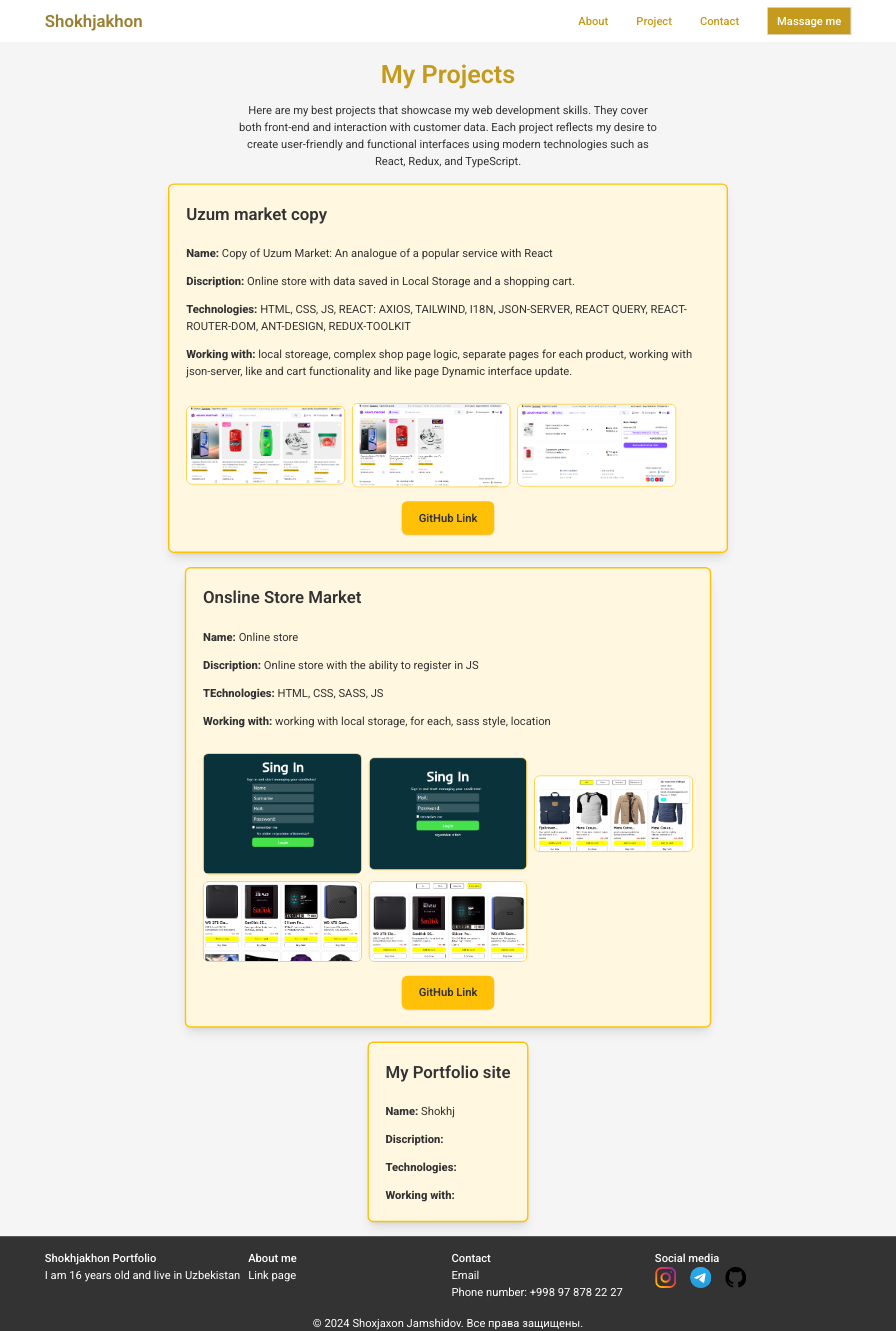
Repository: usershoh/My-Portfolio
Page: /project
An editor plug-in stored every save of this project. The page is shown before and after the next save, followed by the edit.
The browser window is 1280 px wide. The pictures show the whole page, at 70% of full size.
The project was rebuilt for these pictures with package versions that can differ from the ones it lists, and the page was loaded fresh each time. Also part of the build but not shown: vite.config.js, src/pages/blog/index.jsx, src/components/contact/title/index.jsx, src/components/contact/details/index.jsx, src/components/contact/location/index.jsx, src/components/contact/cta/index.jsx, src/pages/contact/index.jsx, src/components/home/hero/index.jsx and 11 more.

Above is the page before, as saved 2024-12-09 13:44:10.

### index.html
<!doctype html>
<html lang="en">
  <head>
    <meta charset="UTF-8" />
    <link rel="icon" type="image/svg+xml" href="/src/assets/img/photo_2024-05-25_15-15-50-round.png" />
    <meta name="viewport" content="width=device-width, initial-scale=1.0" />
    <title>Shokhjakhon</title>
  </head>
  <body>
    <div id="root"></div>
    <script type="module" src="/src/main.jsx"></script>
  </body>
</html>

### src/main.jsx
import { createRoot } from "react-dom/client";
import "./index.css";
import Root from "./root/root";
import ProviderConfig from "./tools/provider";

createRoot(document.getElementById("root")).render(
  <ProviderConfig>
    <Root />
  </ProviderConfig>
);

### src/index.css
@import url(https://fonts.googleapis.com/css2?family=Roboto:wght@100;200;300;400;500;600;800;900&display=swap);

@tailwind base;
@tailwind components;
@tailwind utilities;

* {
  padding: 0;
  margin: 0;
  box-sizing: border-box;
  font-family: 'Roboto', sans-serif;
}

html, body {
  height: 100%;
  margin: 0;
}

### src/root/root.jsx
import React from "react";
import Header from "../components/header";
import { Route, Routes } from "react-router-dom";
import BlogPage from "../pages/blog";
import ProjectPage from "../pages/project";
import ContactPage from "../pages/contact";
import HomePage from "../pages/home";
import AboutPage from "../pages/about";
import Footer from "../components/footer";

const Root = () => {
  return (
    <div className="bg-backround">
      <Header />
      <Routes>
        <Route path="/" element={<HomePage />} />
        <Route path="/about" element={<AboutPage />} />
        <Route path="/project" element={<ProjectPage />} />
        <Route path="/contact" element={<ContactPage />} />
        <Route path="/blog" element={<BlogPage />} />
      </Routes>
      <Footer />
    </div>
  );
};

export default Root;

### src/tools/provider/index.jsx
import React, { StrictMode } from "react";
import { BrowserRouter } from "react-router-dom";

const ProviderConfig = ({ children }) => {
  return (
    <div>
      <StrictMode>
        <BrowserRouter>{children}</BrowserRouter>
      </StrictMode>
    </div>
  );
};

export default ProviderConfig;

### src/components/header/index.jsx
import React, { useState } from "react";
import { Link, useNavigate } from "react-router-dom";

const Header = () => {
  const navigate = useNavigate();

  const [isOpenMenu, setIsOpentMenu] = useState(false);
  const toggleMenu = () => {
    setIsOpentMenu(!isOpenMenu);
  };

  // const navigateGmail = () => {
  //   window.location.href = "mailto:bumsakalaka66@gmail.com";
  // };
  const openTelegram = () => {
    window.open("https://t.me/usershox", "_blank");
  };

  return (
    <div className="px-[5%] py-[10px] flex items-center justify-between bg-white">
      <Link to={"/"}>
        <h1 className="text-[24px] text-[#997f31] font-[600]">Shokhjakhon</h1>
      </Link>
      <div className="hidden md:flex items-center gap-[40px] text-[16px] text-gold font-[500]">
        <button className="hover:text-hover" onClick={() => navigate("/about")}>
          About
        </button>
        <button
          className="hover:text-hover"
          onClick={() => navigate("/project")}
        >
          Project
        </button>
        <button
          className="hover:text-hover"
          onClick={() => navigate("/contact")}
        >
          Contact
        </button>
        {/* <button className="hover:text-hover" onClick={() => navigate("/blog")}>
          Blog
        </button> */}

        <button onClick={openTelegram} className="border w-[120px] h-[40px] bg-gold text-white text-[16px] hover:bg-hover">
          Massage me
        </button>
      </div>

      <button onClick={toggleMenu} className="md:hidden focus:outline-none">
        <svg
          className="w-6 h-6"
          fill="none"
          stroke="currentColor"
          viewBox="0 0 24 24"
        >
          <path
            strokeLinecap="round"
            strokeLinejoin="round"
            strokeWidth="2"
            d="M4 6h16M4 12h16m-7 6h7"
          ></path>
        </svg>
      </button>

      {isOpenMenu && (
        <div className="absolute top-[60px] right-[10px] w-[260px] h-[200px] grid gap-[5px] rounded-[10px] p-4 md:hidden bg-white">
          <button onClick={() => navigate("/about")}>About</button>
          <button onClick={() => navigate("/project")}>Project</button>
          <button onClick={() => navigate("/contact")}>Contact</button>
          <button onClick={() => navigate("/blog")}>Blog</button>
          <button className="border w-[100%] h-[40px] bg-gold text-white text-[16px]">
            Here me
          </button>
        </div>
      )}
    </div>
  );
};

export default Header;

### src/pages/project/index.jsx
import React from "react";
import UzumMarketProject from "../../components/project/uzum-market";
import OnlineStoreProject from "../../components/project/online-store";
import Title from "../../components/project/title";
import PortfolioProject from "../../components/project/portfolio";

const ProjectPage = () => {
  return (
    <div className="px-[5%] pt-[20px] gap-[20px] flex flex-col min-h-[71vh]">
      <Title />
      <UzumMarketProject />
      <OnlineStoreProject />
      <PortfolioProject />
    </div>
  );
};

export default ProjectPage;

### src/components/footer/index.jsx
import React from "react";
import { useNavigate } from "react-router-dom";
import instagramLogo from "../../assets/icon/instagram.svg";
import telegramLogo from "../../assets/icon/telegram.svg";
import githubLogo from "../../assets/icon/github.svg";

const Footer = () => {
  const navigate = useNavigate();
  return (
    <footer className="bg-dark mt-[20px] pl-[5%] pr-[5%]">
      <div className="grid gap-[10px] text-white pt-[20px] pb-[20px] grid-cols-2 md:grid-cols-4 max-[480px]:grid-cols-1">
        {/* <button className="text-[18px] pb-[5px]">Pages</button>
        <button className="text-[16px]" onClick={() => navigate("/")}>
          Home
        </button>
        <button className="text-[16px]" onClick={() => navigate("/about")}>
          About
        </button>
        <button className="text-[16px]" onClick={() => navigate("/project")}>
          Project
        </button>
        <button className="text-[16px]" onClick={() => navigate("/contact")}>
          Contact
        </button>
        <button className="text-[16px]" onClick={() => navigate("/blog")}>
          Blog
        </button> */}
        <div>
          <h2 className="font-[500]">Shokhjakhon Portfolio</h2>
          <p>I am 16 years old and live in Uzbekistan</p>
        </div>

        <div>
          <h2 className="font-[500]">About me</h2>
          <button onClick={() => navigate("/about")}>Link page</button>
        </div>

        <div>
          <h2 className="font-[500]">Contact</h2>
          <a href="email:bumsakalaka66@gmail.com">Email</a>
          <p>Phone number: +998 97 878 22 27</p>
        </div>

        <div>
          <h2 className="font-[500]">Social media</h2>
          <div className="w-[130px] flex items-center justify-between">
            <a href="https://www.instagram.com/shohjahon_777.official/">
              <img className="w-[30px] h-[30px]" src={instagramLogo} alt="" />
            </a>
            <a href="https://t.me/usershox">
              <img className="w-[30px] h-[30px]" src={telegramLogo} alt="" />
            </a>
            <a href="https://github.com/usershoh">
              <img className="w-[30px] h-[30px]" src={githubLogo} alt="" />
            </a>
          </div>
        </div>
      </div>
      <div className="bg-dark text-white text-center">
        © 2024 Shoxjaxon Jamshidov. Все права защищены.
      </div>
    </footer>
  );
};

export default Footer;

### src/components/project/uzum-market/index.jsx
import React from "react";
import uzumImg1 from "../../../assets/img/uzum-img1.png";
import uzumImg2 from "../../../assets/img/uzum-img2.png";
import uzumImg3 from "../../../assets/img/uzum-img3.png";

const UzumMarketProject = () => {
  return (
    <div className="border-[2px] p-6 border-[#FFC107] bg-[#FFF7E0] shadow-lg max-w-[800px] mx-auto rounded-lg grid gap-[10px]">
      <h1 className="text-[24px] text-dark font-semibold mb-4">Uzum market copy</h1>
      <div className="grid gap-4">
        <p className="text-[16px] text-dark">
          <strong>Name:</strong> Copy of Uzum Market: An analogue of a popular
          service with React
        </p>
        <p className="text-[16px] text-dark">
          <strong>Discription:</strong> Online store with data saved in Local
          Storage and a shopping cart.
        </p>
        <p className="text-[16px] text-dark">
          <strong>Technologies:</strong> HTML, CSS, JS, REACT: AXIOS, TAILWIND,
          I18N, JSON-SERVER, REACT QUERY, REACT-ROUTER-DOM, ANT-DESIGN,
          REDUX-TOOLKIT
        </p>
        <p className="text-[16px] text-dark">
          <strong>Working with:</strong> local storeage, complex shop page
          logic, separate pages for each product, working with json-server, like
          and cart functionality and like page Dynamic interface update.
        </p>
      </div>
      <div className="grid grid-cols-2 md:grid-cols-3 items-center gap-[10px] mt-6 lg:w-[700px]">
        <div className="border border-[#FFC107] rounded-lg overflow-hidden">
          <img src={uzumImg1} alt="" />
        </div>
        <div className="border border-[#FFC107] rounded-lg overflow-hidden">
          <img src={uzumImg2} alt="" />
        </div>
        <div className="border border-[#FFC107] rounded-lg overflow-hidden">
          <img src={uzumImg3} alt="" />
        </div>
      </div>
      <div className="mt-[10px] text-center">
        <a
          className="inline-block font-semibold rounded-lg shadow hover:bg-[#FFB300] px-6 py-3 bg-[#FFC107] text-[#333]"
          href="https://github.com/usershoh/Uzum-market-copy"
        >
          GitHub Link
        </a>
      </div>
    </div>
  );
};

export default UzumMarketProject;

### src/components/project/online-store/index.jsx
import React from "react";

import onlineStoreImg1 from "../../../assets/img/onlineStore-img1.png";
import onlineStoreImg2 from "../../../assets/img/onlineStore-img2.png";
import onlineStoreImg3 from "../../../assets/img/onlineStore-img3.png";
import onlineStoreImg4 from "../../../assets/img/onlineStore-img4.png";
import onlineStoreImg5 from "../../../assets/img/onlineStore-img5.png";

const OnlineStoreProject = () => {
  return (
    <div className="border-[2px] border-[#FFC107] bg-[#FFF7E0] p-6 shadow-lg max-w-[800px] mx-auto rounded-lg grid gap-[10px]">
      <h1 className="text-[24px] text-dark font-semibold mb-4">
        Onsline Store Market
      </h1>
      <div className="grid gap-4">
        <p className="text-[16px] text-dark">
          <strong>Name:</strong> Online store
        </p>
        <p className="text-[16px] text-dark">
          <strong>Discription:</strong> Online store with the ability to
          register in JS
        </p>
        <p className="text-[16px] text-dark">
          <strong>TEchnologies: </strong> HTML, CSS, SASS, JS
        </p>
        <p className="text-[16px] text-dark">
          <strong>Working with: </strong> working with local storage, for each,
          sass style, location
        </p>
      </div>
      <div className="grid mt-6 grid-cols-2 md:grid-cols-3 lg:w-[700px] items-center gap-[10px]">
        <div className="border border-[#FFC107] rounded-lg overflow-hidden">
          <img src={onlineStoreImg1} alt="" />
        </div>
        <div className="border border-[#FFC107] rounded-lg overflow-hidden">
          <img src={onlineStoreImg2} alt="" />
        </div>
        <div className="border border-[#FFC107] rounded-lg overflow-hidden">
          <img src={onlineStoreImg3} alt="" />
        </div>
        <div className="border border-[#FFC107] rounded-lg overflow-hidden">
          <img src={onlineStoreImg4} alt="" />
        </div>
        <div className="border border-[#FFC107] rounded-lg overflow-hidden">
          <img src={onlineStoreImg5} alt="" />
        </div>
      </div>
      <div className="mt-[10px] text-center">
        <a
          className="inline-block font-semibold rounded-lg shadow hover:bg-[#FFB300] px-6 py-3 bg-[#FFC107] text-[#333]"
          href="https://github.com/usershoh/Login"
        >
          GitHub Link
        </a>
      </div>
    </div>
  );
};

export default OnlineStoreProject;

### src/components/project/title/index.jsx
import React from "react";

const Title = () => {
  return (
    <div className="text-center m-auto grid gap-3 max-w-[600px]">
      <h1 className="text-[36px] font-semibold text-gold">My Projects</h1>
      <p className="text-[16px] text-dark">
        Here are my best projects that showcase my web development skills. They
        cover both front-end and interaction with customer data. Each project
        reflects my desire to create user-friendly and functional interfaces
        using modern technologies such as React, Redux, and TypeScript.
      </p>
    </div>
  );
};

export default Title;

### src/components/project/portfolio/index.jsx
import React from "react";

const PortfolioProject = () => {
  return (
    <div className="border-[2px] p-6 border-[#FFC107] bg-[#FFF7E0] shadow-lg max-w-[800px] mx-auto rounded-lg grid gap-[10px]">
      <h1 className="text-[24px] text-dark font-semibold mb-4">
        My Portfolio site
      </h1>
      <div className="grid gap-4">
        <p className="text-[16px] text-dark">
          <strong>Name: </strong> Shokhj
        </p>
        <p className="text-[16px] text-dark">
          <strong>Discription: </strong>
        </p>
        <p className="text-[16px] text-dark">
          <strong>Technologies: </strong>
        </p>
        <p className="text-[16px] text-dark">
          <strong>Working with: </strong>
        </p>
      </div>
    </div>
  );
};

export default PortfolioProject;

### tailwind.config.js
/** @type {import('tailwindcss').Config} */
export default {
  content: ["./index.html", "./src/**/*.{js,ts,jsx,tsx}"],
  theme: {
    extend: {
      colors: {
        gold: "#c49b1d",
        dark: "#333333",
        backround: "#f5f5f5",
        hover: "#ccae62",
      },
    },
  },
  plugins: [],
};

After the next save:
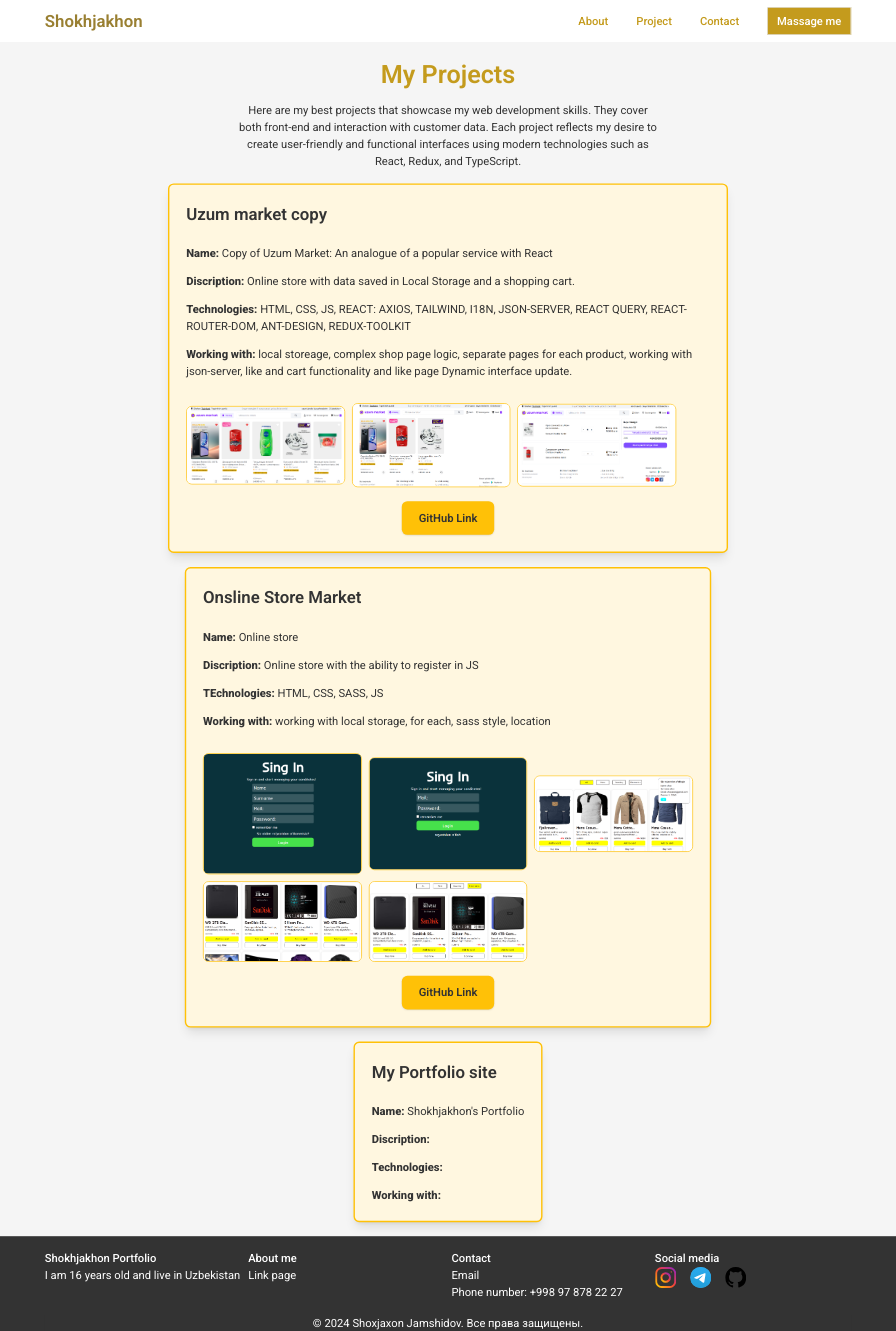
Saved 8 s later.
--- a/src/components/project/portfolio/index.jsx
+++ b/src/components/project/portfolio/index.jsx
@@ -8,7 +8,7 @@
       </h1>
       <div className="grid gap-4">
         <p className="text-[16px] text-dark">
-          <strong>Name: </strong> Shokhj
+          <strong>Name: </strong> Shokhjakhon's Portfolio
         </p>
         <p className="text-[16px] text-dark">
           <strong>Discription: </strong>
